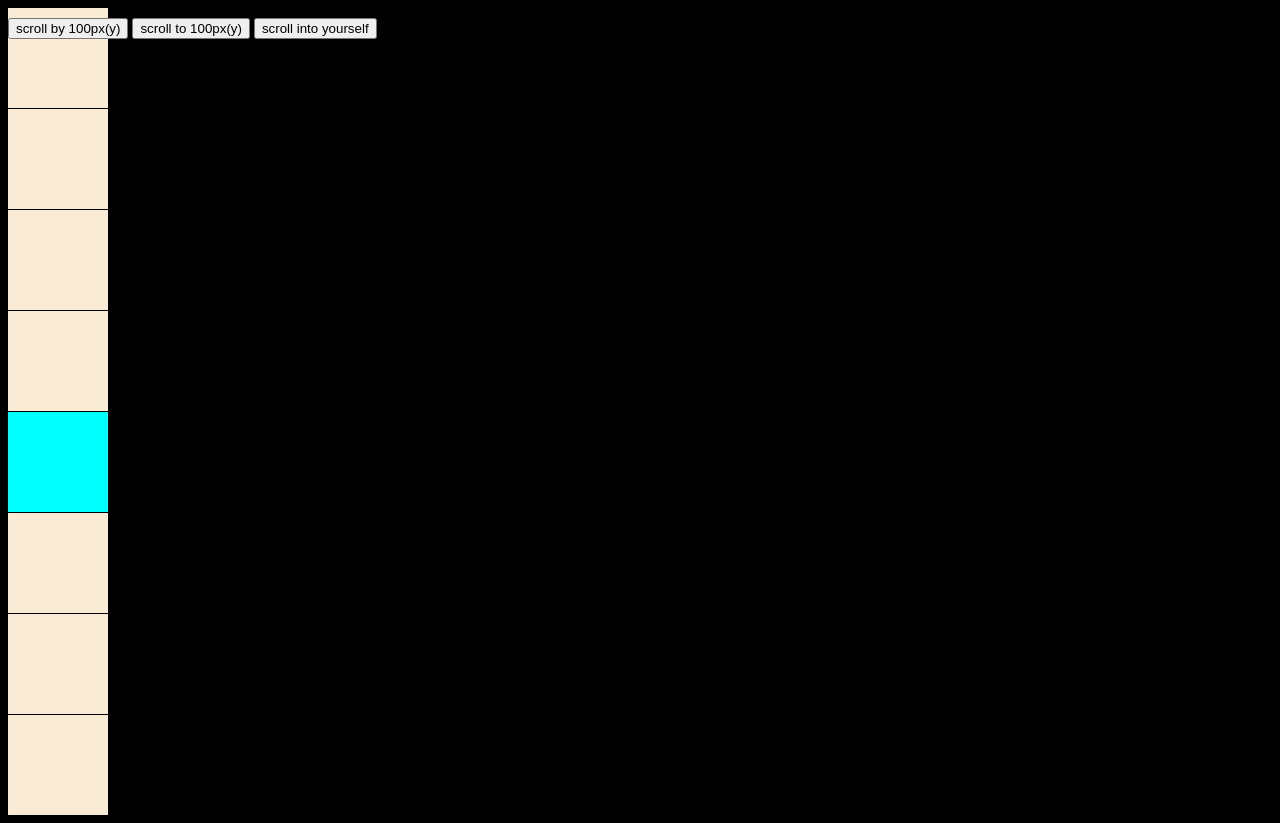
Repository: DongjaJ/Browser
Page: chap1/window-scrolling.html
These files come from the project's save history. The page is drawn as it stood at one moment and after the next save; the edit follows.
The browser window is 1280 px wide. The pictures show the whole page.
After loading, the first visible `button.cc` was clicked once.

Above is the page before, as saved 2022-08-19 16:24:24.

After the next save:
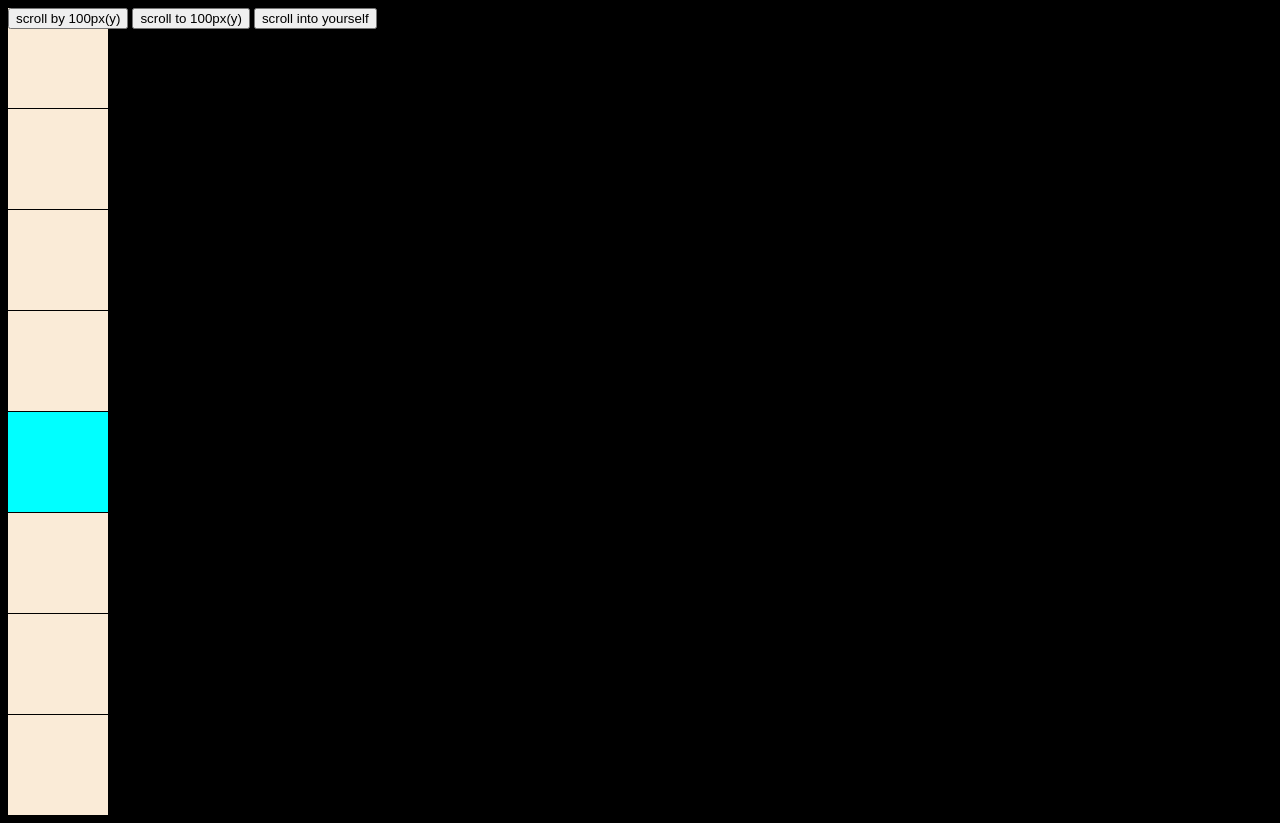
Console error: ReferenceError: e is not defined
Saved 2 min 1 s later.
--- a/chap1/window-scrolling.html
+++ b/chap1/window-scrolling.html
@@ -56,8 +56,7 @@
 	});
 
 	document.querySelector(".cc").addEventListener('click', event =>{
-		const special = document.querySelector('#special')
-		window.scrollTo(0,10);
+		const special = e.target.scrollIntoView(top);
 	});
 
 	</script>

After the 5 saves that followed:
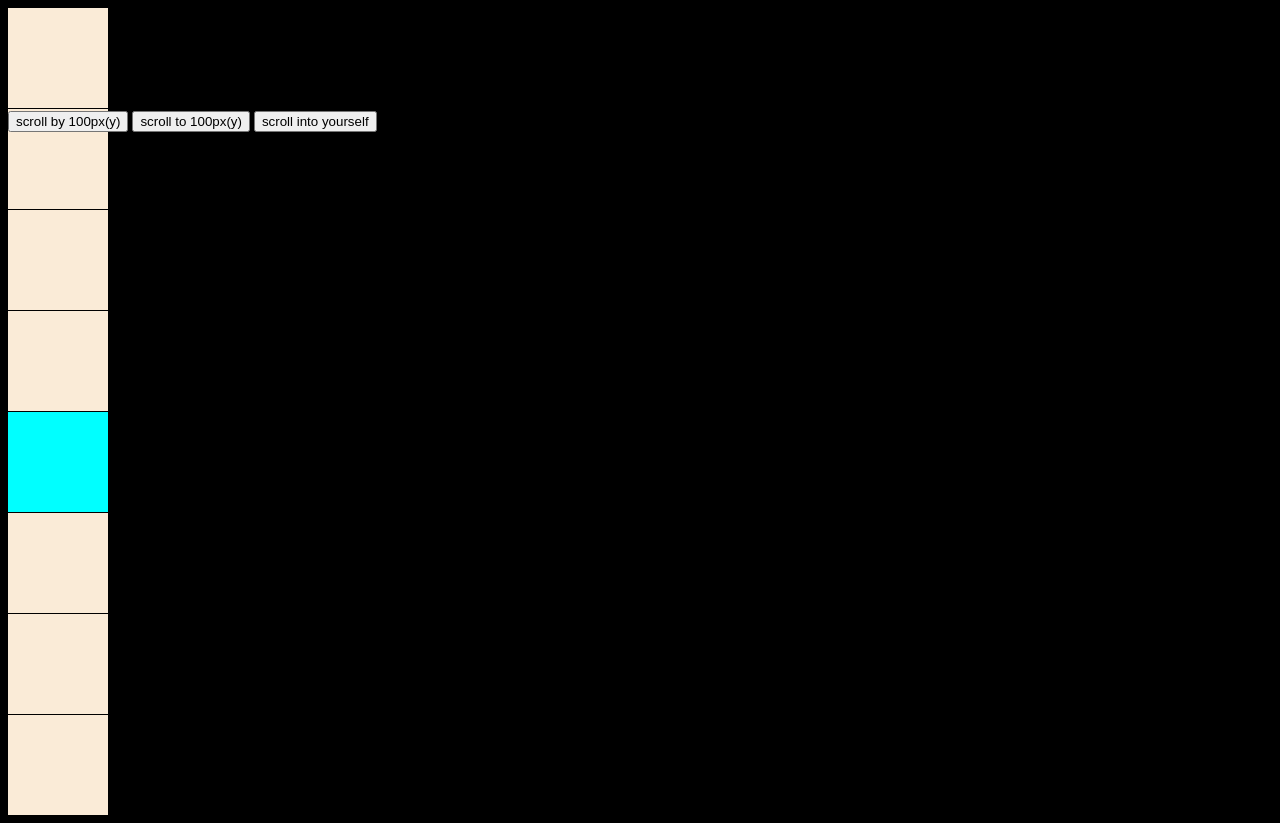
The error is gone.
The 5 saves are shown as one change because 4 left the picture as it was.
The last was saved 4 min 0 s later.
--- a/chap1/window-scrolling.html
+++ b/chap1/window-scrolling.html
@@ -56,7 +56,8 @@
 	});
 
 	document.querySelector(".cc").addEventListener('click', event =>{
-		const special = e.target.scrollIntoView(top);
+		const special = document.querySelector('#special').offsetTop;
+		window.scrollTo(0,special);
 	});
 
 	</script>
